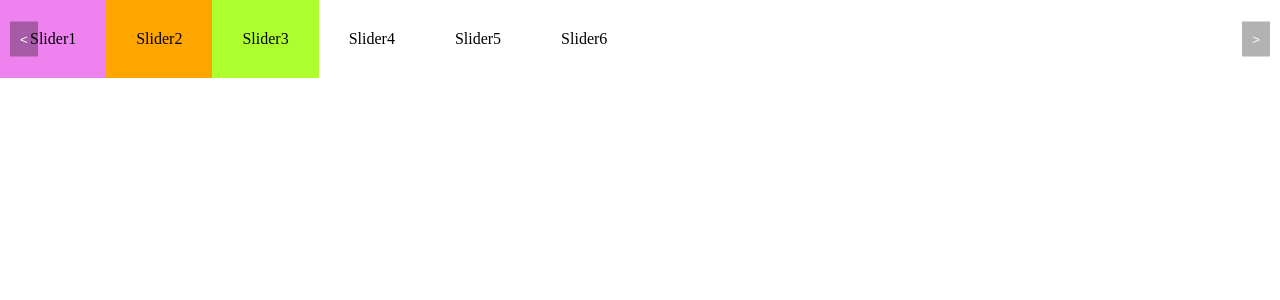
Repository: hoangan3526/Slideslip
Page: slidezy.html
An editor plug-in stored every save of this project. The page is shown before and after the next save, followed by the edit.
The browser window is 1280 px wide. The pictures show the whole page.

Above is the page before, as saved 2026-05-15 12:07:48.

After the next save:
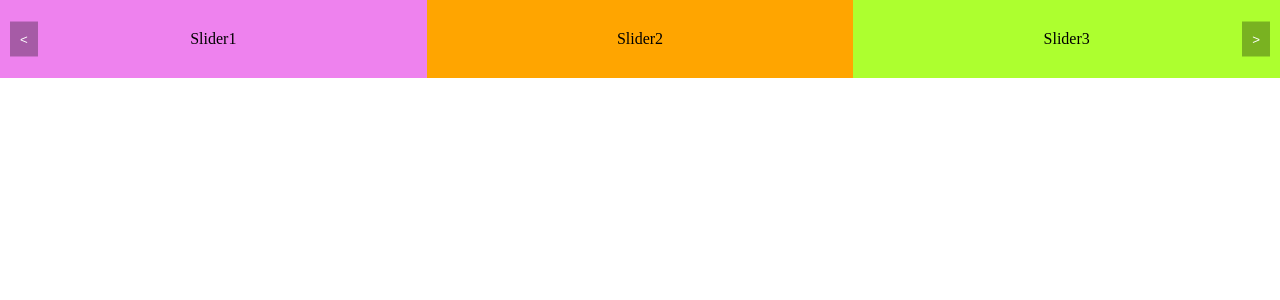
Saved 6 s later.
--- a/src/slidezy.js
+++ b/src/slidezy.js
@@ -29,7 +29,7 @@ Slidezy.prototype.createTrack = function () {
 
   this.slides.forEach((track) => {
     track.className = "slidezy-slide";
-    track.style.flexBasis = `calc (100% / 3)`;
+    track.style.flexBasis = `calc(100% / 3)`;
     this.track.appendChild(track);
   });
 
